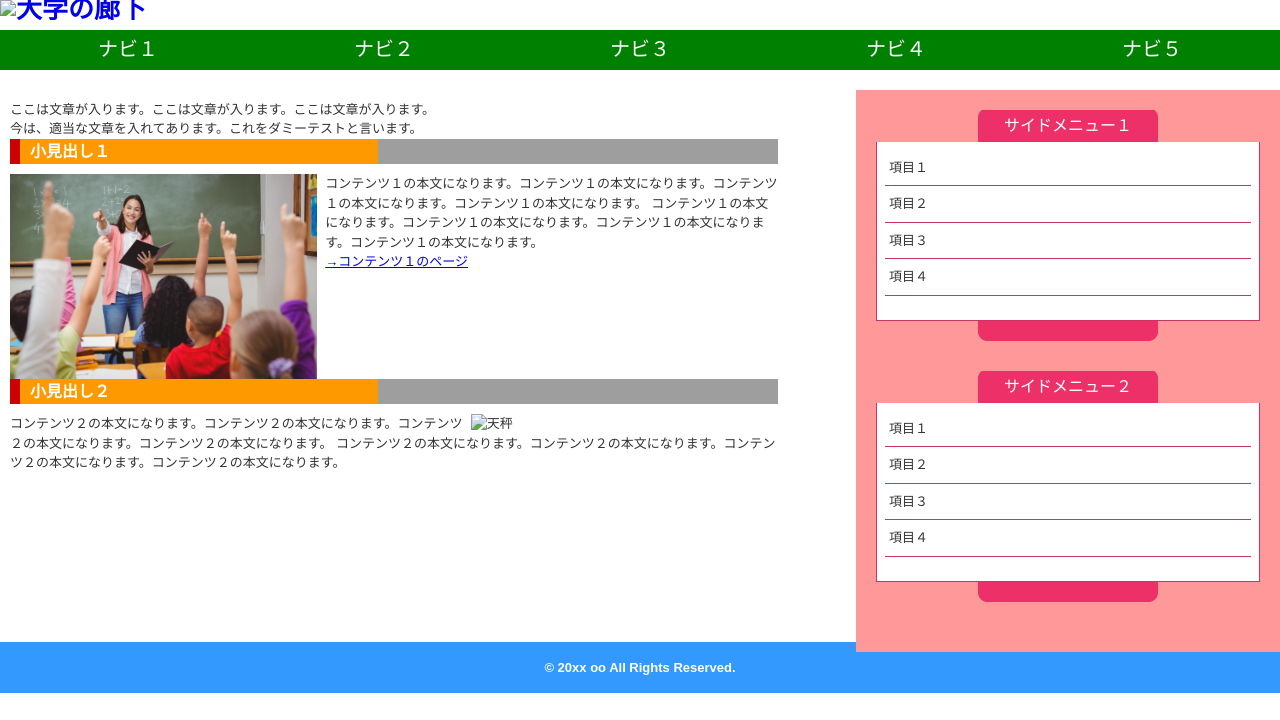
Repository: naoko0513/samurai_HTML-CSS
Page: home.html
The author's editor kept a record of every edit. The page is drawn from the files as they stood at one moment, then again after the next edit.
The browser window is 1280 px wide. The pictures show the whole page.
Pictures or frames that could not be fetched are drawn as grey boxes.

Above is the page before.

### home.html
<!DOCTYPE html>
<html lang="ja">
<head>
    <meta charset="UTF-8">
    <title>HTML/CSSの学習</title>
    <link rel="stylesheet" href="stylesheet.css">
</head>
<body>
    <div id="header">
       <h1><a href="index.html"><img id="corridor" scr="images/corridor.jpg" alt="大学の廊下"/></a></h1>
    </div>
    <div id="wrapper">
        <div id="nav">
            <ul>
                <li><a href="home.html">ナビ１</a></li>
                <li><a href="#">ナビ２</a></li>
                <li><a href="#">ナビ３</a></li>
                <li><a href="#">ナビ４</a></li>
                <li><a href="#">ナビ５</a></li>
            </ul>
        </div>
        <div id="container">
            <div id="main">
                <div class="post">
                    <p>ここは文章が入ります。ここは文章が入ります。ここは文章が入ります。<br />今は、適当な文章を入れてあります。これをダミーテストと言います。</p>
                </div>
                <div class="post clearfix">
                    <h2>小見出し１</h2>
                    <img class="left" src="images/classroom.jpg" alt="授業風景"/>
                    <p>
                        コンテンツ１の本文になります。コンテンツ１の本文になります。コンテンツ１の本文になります。コンテンツ１の本文になります。
                        コンテンツ１の本文になります。コンテンツ１の本文になります。コンテンツ１の本文になります。コンテンツ１の本文になります。
                    </p>
                    <P><a href="#">→コンテンツ１のページ</a></P>
                </div>
                <div class="post clearfix">
                    <h2>小見出し２</h2>
                    <img class="right" scr="images/scale.jpg" alt="天秤"/>
                    <p>
                        コンテンツ２の本文になります。コンテンツ２の本文になります。コンテンツ２の本文になります。コンテンツ２の本文になります。
                        コンテンツ２の本文になります。コンテンツ２の本文になります。コンテンツ２の本文になります。コンテンツ２の本文になります。
                    </p>
                </div>
            </div>
            <div id="side">
                <div class="box">
                    <h2>サイドメニュー１</h2>
                    <div class="boxBody">
                        <ul>
                            <li>項目１</li>
                            <li>項目２</li>
                            <li>項目３</li>
                            <li>項目４</li>
                        </ul>
                    </div>
                </div>
                <div class="box">
                    <h2>サイドメニュー２</h2>
                    <div class="boxBody">
                        <ul>
                            <li>項目１</li>
                            <li>項目２</li>
                            <li>項目３</li>
                            <li>項目４</li>
                        </ul>
                    </div>
                </div>
            </div>
        </div>
    </div>
    <div id="footer">
        <p>&copy; 20xx oo All Rights Reserved.</p>
    </div>
</body>
</html>

### stylesheet.css
@charset"utf-8";

body {

    margin: 0;
    padding: 0;
    font-family:"ヒラギノ角ゴ　Pro W3","Hiragino Kaku Gothic Pro","メイリオ",Meiryo,Osaka,"MS Pゴシック","MSPGothic",sans-serif;
    color: #333;
    font-size: 13px;
    line-height: 150%;
}

#wrapper {
    width: 100%;
    margin: auto;
    padding: 0px;
    border: 0px;
    background-color: #FFF;
    top: 10px;
    position: relative;
}


 #header {
 	width: 100%;
 }
 #header h1 {
 	 margin: 0;
	 padding: 0;
 }
 #corridor {
	 width: 100%;
	 height: auto;
 }

 #footer {
    clear: both;
    width: 100%;
    padding: 3px 0 3px 0;
    background: #39F;
    color: #FFF;
    font-weight: bold;
    text-align: center;
 }

 #nav {
     width: 100%;
 }

 #nav ul {
     margin: 0;
     padding: 0;
     list-style-type: none;
 }

 #nav ul li {
     float: left;
     width: 20%;
     text-align: center;
 }

 #nav ul li a {
     display: block;
     height: 20px;
     margin: 0;
     padding: 10px;
     color: #FFF;
     font-size: 20px;
     text-decoration: none;
     background-color: green;
 }

 #nav ul li a:hover {
     filter: drop-shadow(10px 10px 10px block);
 }

/*------------------container----------------*/
 #container{
     width: 100%;
     margin: auto ;
     padding: auto;
     padding-top:20px;
     clear: both;
 }
/*------------------main-------------------*/
#main{
    float: left;
    width: 60%;
    padding: 10px 30px 10px 10px;
}
#main h2{
    margin:0 0 10px 0;
    padding: 3px 10px 3px 10px;
    color: #FFF;
    font-size: 16px;
    border-left: solid 10px #C00;
    background: #F90 url(../images/main_h2.jpg)right top repeat-y;
}

#main p {
    margin: 0;
    padding: 0;
}
#main.post{
    margin: 0 0 30px 0;
}
#main.post img.right {
    margin: 0 0 0 8px;
}
#main .post img.left{
    margin: 0 8px 0 0;
}
.right {
    float: right;
    width: 40%;
    height: auto;
}
.left {
    float: left;
    width: 40%;
    height: auto;
}
/*------------------------clearfix-----------------------*/
.clearfix {
    zoom: 1;
}
.clearfix:after{
    content: "";
    display: block;
    clear: both;
}

/*------------------------side-------------------------*/
#side {
    float: right;
    width: 30%;
    padding: 20px;
    background-color: #F99;
}
#side .box {
    margin: 0 auto 30px auto;
    padding: 0 0 20px 0;
    background: url(images/side_box.png) bottom no-repeat;
}
#side .box h2{
    margin: 0;
    padding: 8px;
    text-align: center;
    color: #fff;
    font-size: 16px;
    line-height: 16px;
    font-weight: normal;
    background: url(images/side_box_h2.png)center no-repeat;
}
#side .box .boxBody {
    padding: 8px;
    border-right: solid 1px #C36;
    border-bottom: solid 1px #C36;
    border-left: solid 1px #C36;
    background: #fff;
}
#side .box .boxBody ul {
    margin: 0 0 16px 0;
    padding: 0;
}
#side .box .boxBody ul li {
    padding: 8px 0 8px 4px;
    list-style: none;
    border-bottom: solid 1px #C36;
}

#side .box .boxBody ul li:hover {
    padding:  8px 0 8px 4px;
    list-style: none;
    border-bottom: solid 1px #C36;
    box-shadow: 0px 4px 4px rgba(0,0,0,0.3);
}

After the next edit:
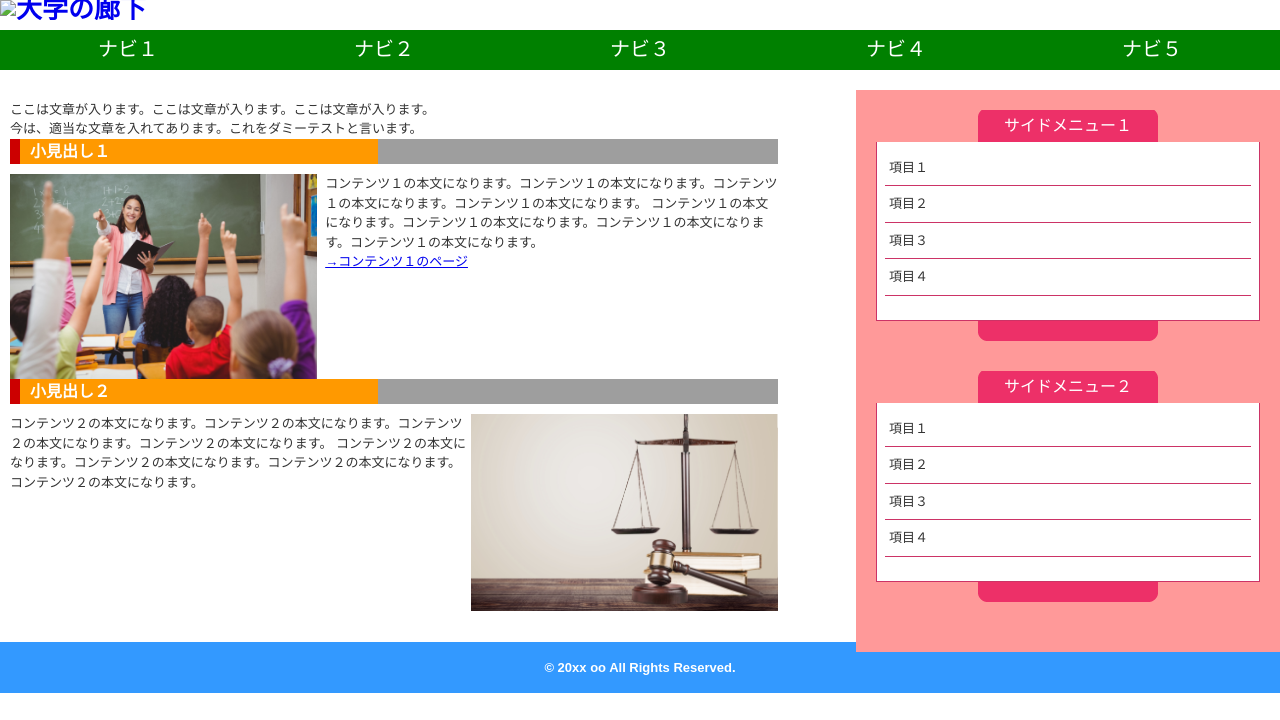
The edit:
--- a/home.html
+++ b/home.html
@@ -35,7 +35,7 @@
                 </div>
                 <div class="post clearfix">
                     <h2>小見出し２</h2>
-                    <img class="right" scr="images/scale.jpg" alt="天秤"/>
+                    <img class="right" src="images/scale.jpg" alt="天秤"/>
                     <p>
                         コンテンツ２の本文になります。コンテンツ２の本文になります。コンテンツ２の本文になります。コンテンツ２の本文になります。
                         コンテンツ２の本文になります。コンテンツ２の本文になります。コンテンツ２の本文になります。コンテンツ２の本文になります。
